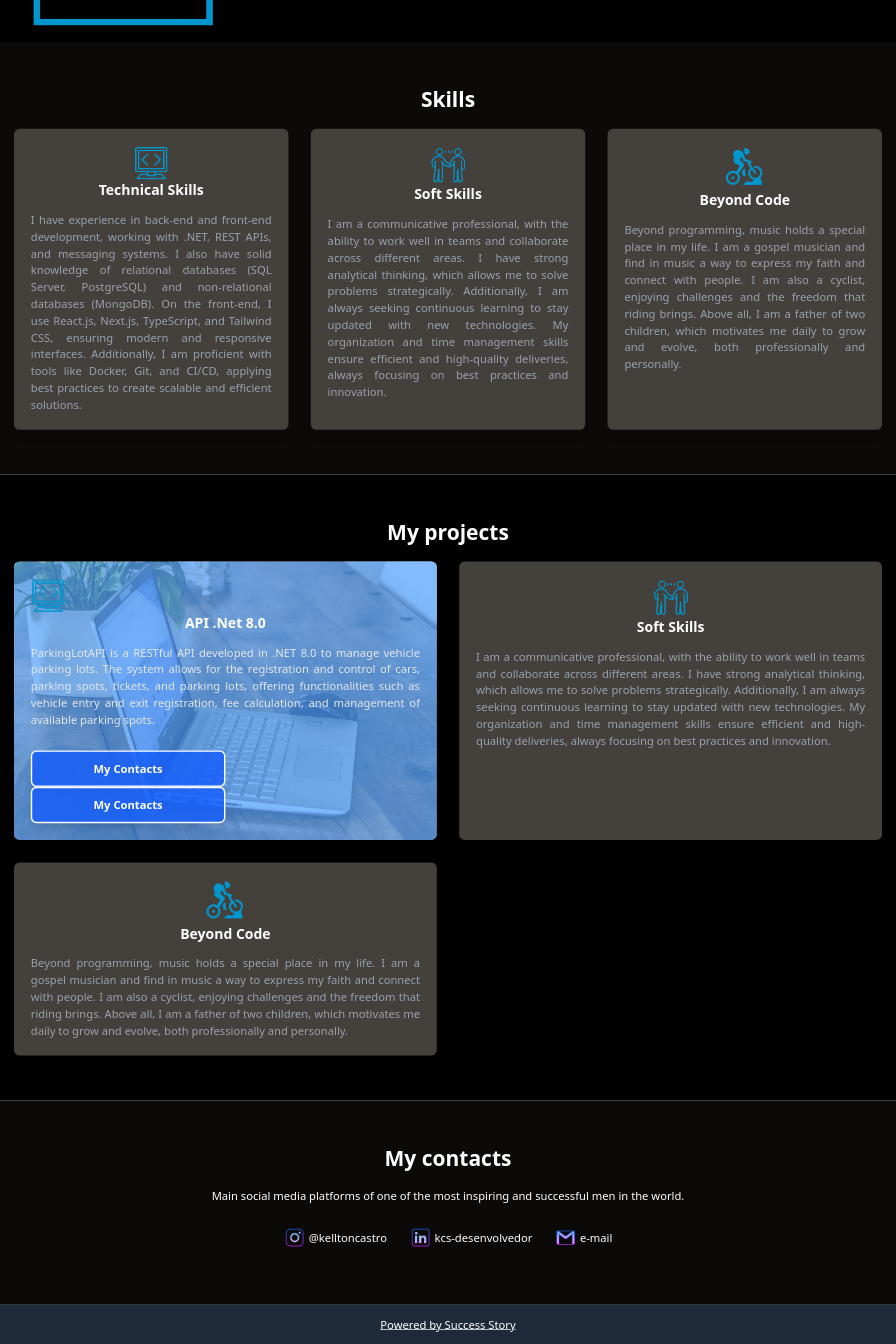
Repository: kcsdesenvolvedor/portfolio
Page: src/index.html
These files come from the project's save history. The page is drawn as it stood at one moment and after the next save; the edit follows.
The browser window is 1280 px wide. The pictures show the part of the page from y = 910 to 2830 px (the page is 2830 px tall before and 2778 px after), at 70% of full size.

Above is the page before, as saved 2025-03-04 17:26:28.
Console error: TypeError: Cannot read properties of null (reading 'textContent')

After the next save:
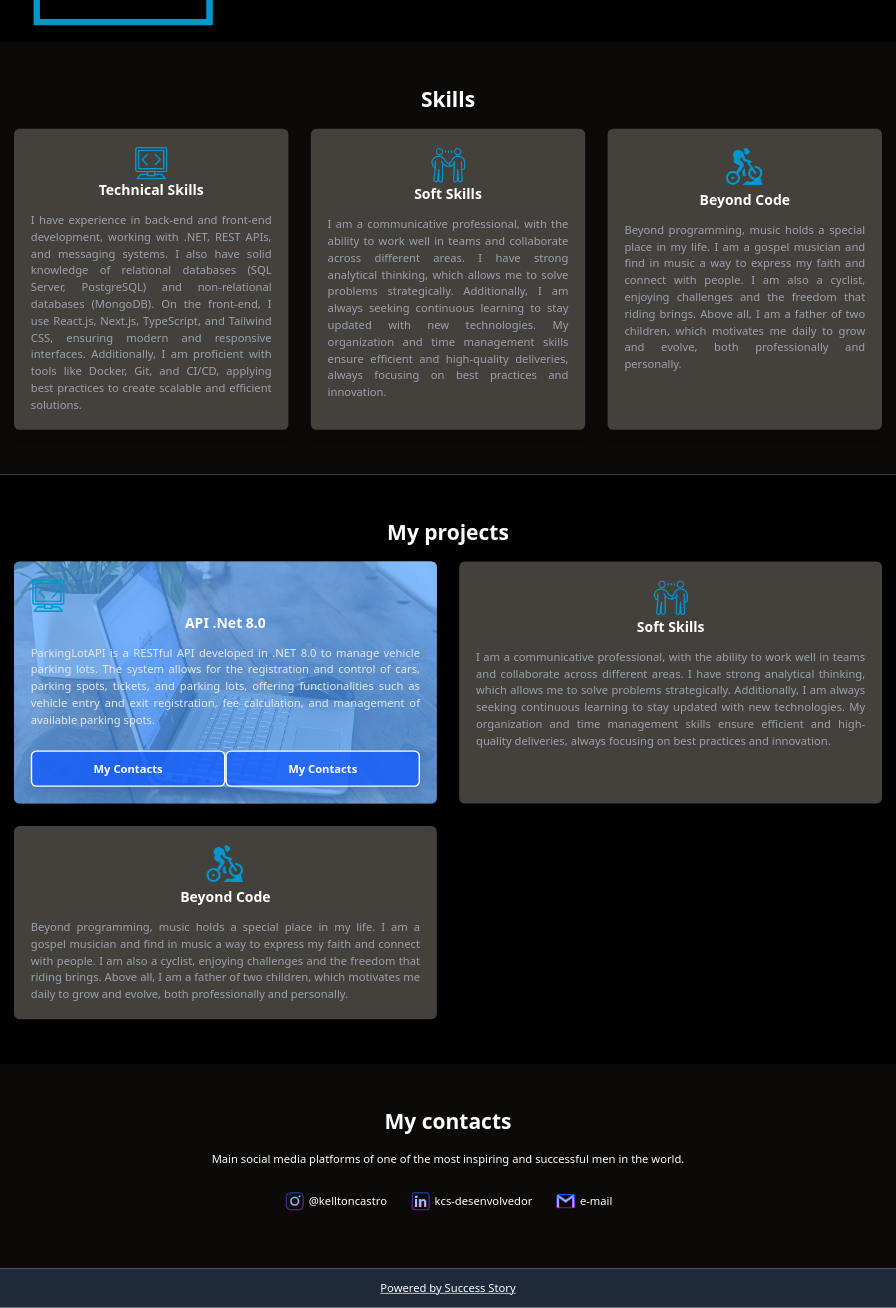
Saved 23 s later.
--- a/src/index.html
+++ b/src/index.html
@@ -209,7 +209,7 @@
                         <img src="./img/hard-skills.png" alt="image hard skills">
                         <h4 class="text-xl text-white font-bold mb-4">API .Net 8.0</h4>
                         <p class="text-gray-200 text-justify">ParkingLotAPI is a RESTful API developed in .NET 8.0 to manage vehicle parking lots. The system allows for the registration and control of cars, parking spots, tickets, and parking lots, offering functionalities such as vehicle entry and exit registration, fee calculation, and management of available parking spots.</p>
-                        <div class="flex flex-col justify-around mt-8">
+                        <div class="flex justify-around mt-8">
                             <a href="#contact" class="bg-blue-600/80 dark:bg-sky-400/80 text-center text-white font-bold w-full lg:w-2/4 py-3 px-6 border-2 rounded-lg shadow-lg hover:bg-black hover:text-blue-600/80 hover:dark:text-sky-400/80 hover:border-blue-600/80 hover:dark:border-sky-400/80 hover:border-2 transition delay-150 duration-300 ease-in-out">
                                 My Contacts
                             </a>
